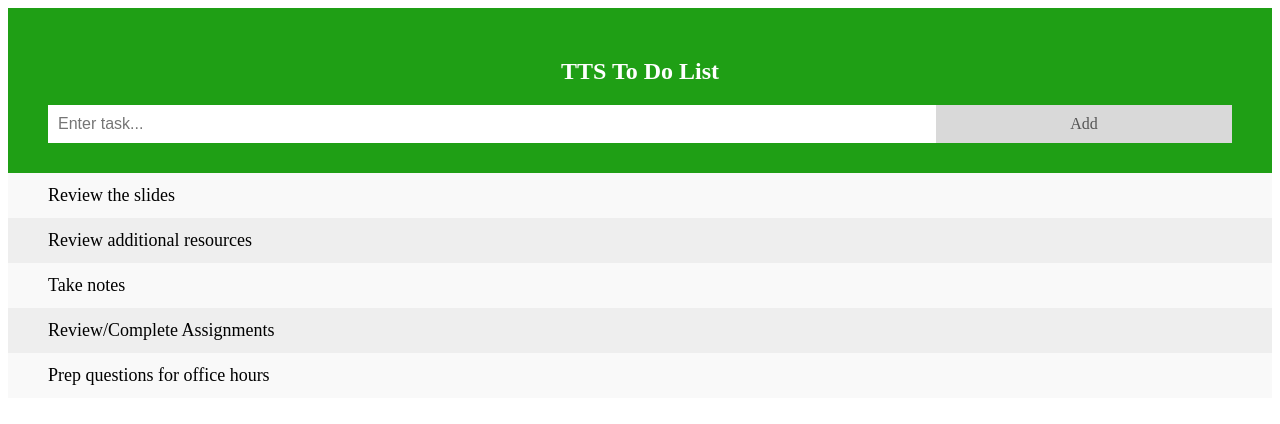
Repository: ayannasampson/week5groupproject
Page: week5group.html
These files come from the project's save history. The page is drawn as it stood at one moment and after the next save; the edit follows.
The browser window is 1280 px wide. The pictures show the whole page.

Above is the page before, as saved 2023-03-07 20:48:04.

### week5group.html
<!DOCTYPE html>
<html>
  <head><link rel="stylesheet" type="text/css" href="week5groupproject.css">
  </head>

<div id="myDIV" class="header">
  <h2>TTS To Do List</h2>
  <input type="text" id="myInput" placeholder="Enter task...">
  <span onclick="newElement()" class="addBtn">Add</span>
</div>
<ul id="myUL">
  <li>Review the slides</li>
  <li>Review additional resources</li>
  <li>Take notes</li>
  <li>Review/Complete Assignments</li>
  <li>Prep questions for office hours</li>
</ul>

</html>

### week5groupproject.css
/* Include the padding and border in an element's total width and height */
* {
  box-sizing: border-box;
}

/* Remove margins and padding from the list */
ul {
  margin: 0;
  padding: 0;
  box-sizing: border-box;
}

/* Style the list items */
ul li {
  cursor: pointer;
  position: relative;
  padding: 12px 8px 12px 40px;
  background: #eee;
  font-size: 18px;
  transition: 0.2s;

  /* make the list items unselectable */
  -webkit-user-select: none;
  -moz-user-select: none;
  -ms-user-select: none;
  user-select: none;
}

/* Set all odd list items to a different color (zebra-stripes) */
ul li:nth-child(odd) {
  background: #f9f9f9;
}

/* Darker background-color on hover */
ul li:hover {
  background: #ddd;
}

/* When clicked on, add a background color and strike out text */
ul li.checked {
  background: #888;
  color: #fff;
  text-decoration: line-through;
}

/* Add a "checked" mark when clicked on */
ul li.checked::before {
  content: '';
  position: absolute;
  border-color: #fff;
  border-style: solid;
  border-width: 0 2px 2px 0;
  top: 10px;
  left: 16px;
  transform: rotate(45deg);
  height: 15px;
  width: 7px;
}

/* Style the close button */
.close {
  position: absolute;
  right: 0;
  top: 0;
  padding: 12px 16px 12px 16px;
}

.close:hover {
  background-color: #f44336;
  color: white;
}

/* Style the header */
.header {
  background-color: #0d9803ec;
  padding: 30px 40px;
  color: white;
  text-align: center;
}

/* Clear floats after the header */
.header:after {
  content: "";
  display: table;
  clear: both;
}

/* Style the input */
input {
  margin: 0;
  border: none;
  border-radius: 0;
  width: 75%;
  padding: 10px;
  float: left;
  font-size: 16px;
}

/* Style the "Add" button */
.addBtn {
  padding: 10px;
  width: 25%;
  background: #d9d9d9;
  color: #555;
  float: left;
  text-align: center;
  font-size: 16px;
  cursor: pointer;
  transition: 0.3s;
  border-radius: 0;
}

.addBtn:hover {
  background-color: #bbb;
}

After the next save:
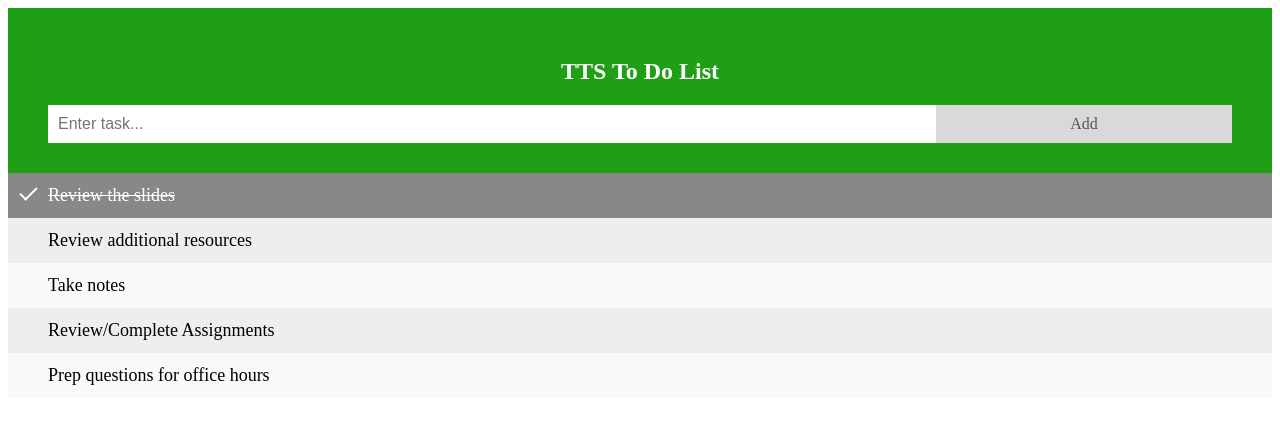
Saved 92 s later.
--- a/week5group.html
+++ b/week5group.html
@@ -9,7 +9,7 @@
   <span onclick="newElement()" class="addBtn">Add</span>
 </div>
 <ul id="myUL">
-  <li>Review the slides</li>
+  <li class="checked">Review the slides</li>
   <li>Review additional resources</li>
   <li>Take notes</li>
   <li>Review/Complete Assignments</li>
